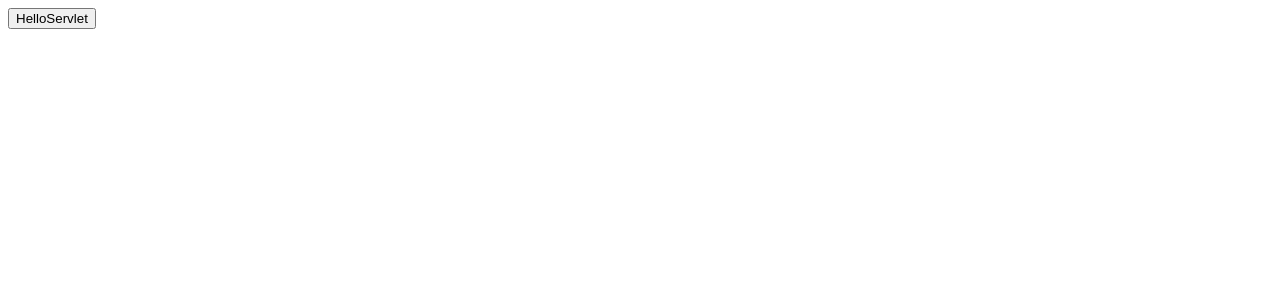
Repository: shimizuyusuke/backup
Page: http://localhost/HelloServlet/
These files come from the project's save history. The page is drawn as it stood at one moment and after the next save; the edit follows.
The browser window is 1280 px wide. The pictures show the whole page.
The page is served by Tomcat 9.

Above is the page before, as saved 2018-01-16 05:19:20.

After the next save:
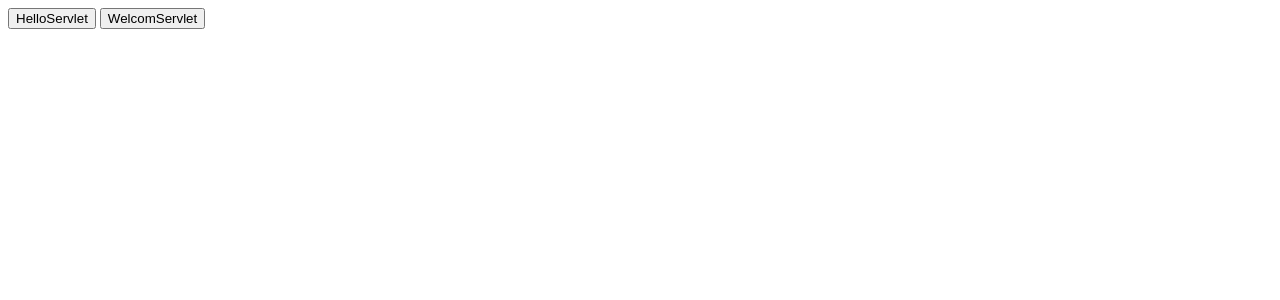
Saved 5 min 25 s later.
--- a/HelloServlet/WebContent/index.jsp
+++ b/HelloServlet/WebContent/index.jsp
@@ -8,6 +8,7 @@
 </head>
 <body>
 <input type="button" value="HelloServlet" onClick="location.href='HelloServlet'">
+<input type="button" value="WelcomServlet" onClick="location.href='welcom.jsp'">
 
 </body>
 </html>
